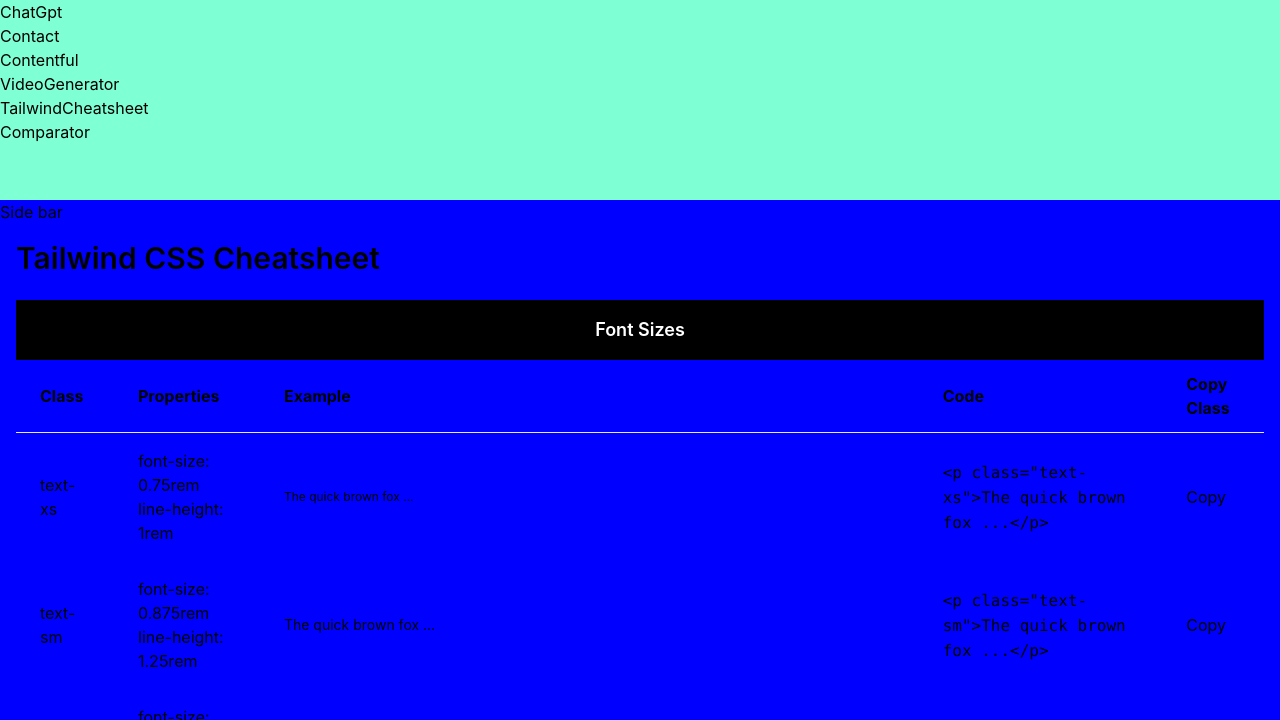
Repository: Coralee-Long/react-bits
Page: /tailwind-cheatsheet
The author's editor kept a copy of each file at every save. The page is drawn from the files as they stood at one save, then again after the next save.
The browser window is 1280 px wide. The pictures show the whole page.
An inner scrolling area shows only its first screen. The project was rebuilt for these pictures with package versions that can differ from the ones it lists, and the page was loaded fresh each time. Also part of the build but not shown: src/pages/HomePage.js, src/pages/ContactPage.js, src/pages/VideoGeneratorPage.js, src/pages/ChatGptPage.js, src/components/projects/Comparator/data/productsData.js, src/components/projects/Comparator/components/ComparatorPresenter.js, src/pages/ComparatorPage.js, src/pages/ContentfulPage.js.

Above is the page before, as saved 2024-02-09 17:03:12.

After the next save:
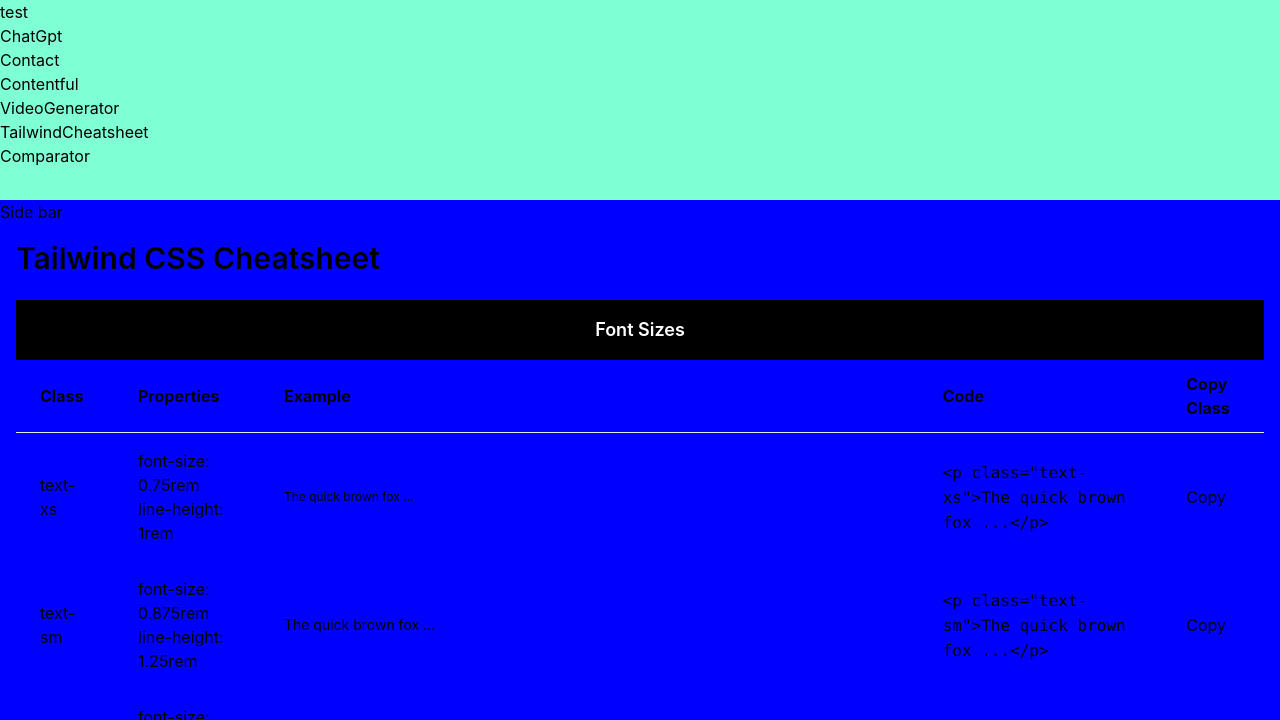
Saved 59 s later.
--- a/src/components/commons/DropDown/Dropdown.js
+++ b/src/components/commons/DropDown/Dropdown.js
@@ -6,6 +6,7 @@
   return (
     <div className="dropdown">
       <ul>
+        test
         {pages.map((page) => (
           <li key={page.name}>
             <Link to={page.path}>{page.name}</Link>

After the save that followed:
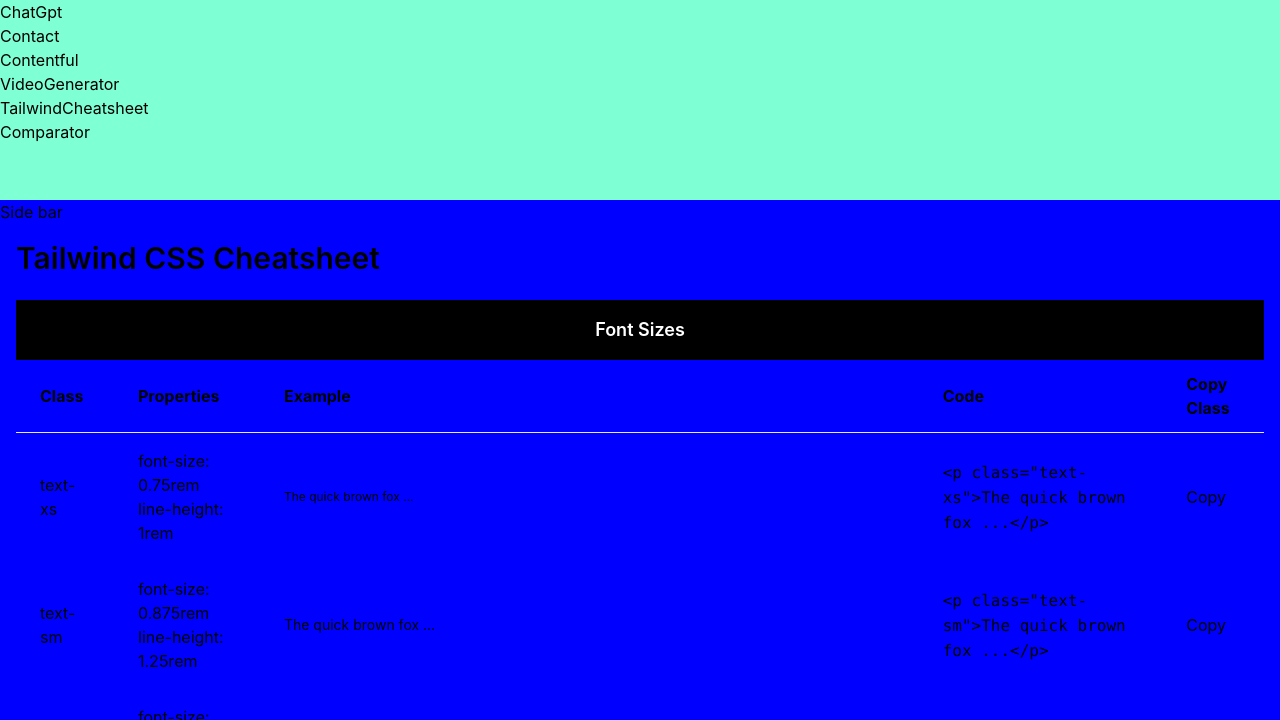
Saved 15 s later.
--- a/src/components/commons/DropDown/Dropdown.js
+++ b/src/components/commons/DropDown/Dropdown.js
@@ -6,7 +6,7 @@
   return (
     <div className="dropdown">
       <ul>
-        test
+
         {pages.map((page) => (
           <li key={page.name}>
             <Link to={page.path}>{page.name}</Link>
